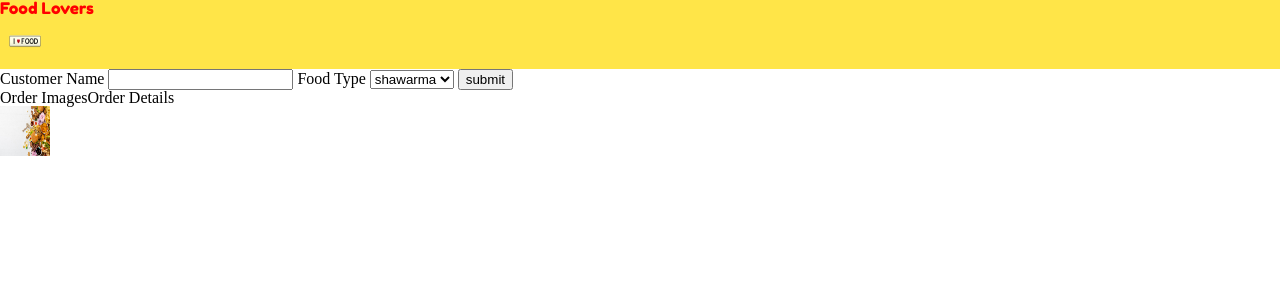
Repository: Razan-am/foodLovers
Page: index.html
An editor plug-in stored every save of this project. The page is shown before and after a run of saves, followed by the edit.
The browser window is 1280 px wide. The pictures show the whole page.

Above is the page before, as saved 2021-06-01 10:57:55.

After the next 2 saves:
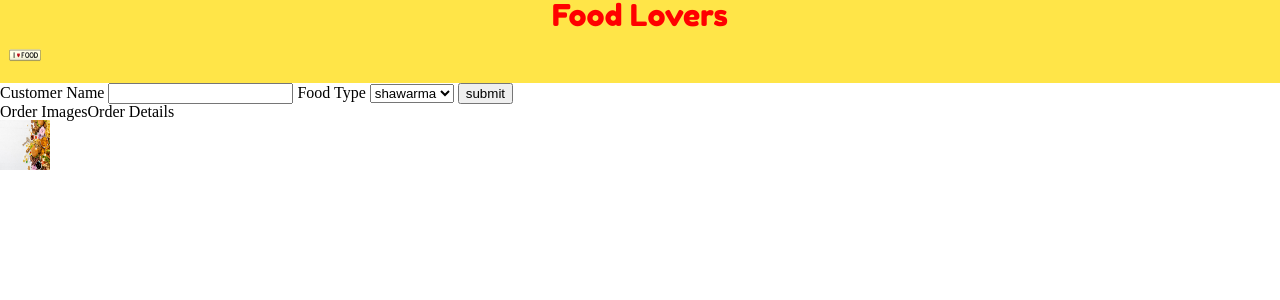
The 2 saves are shown as one change because they came seconds apart.
The last was saved 48 s later.
--- a/css/style.css
+++ b/css/style.css
@@ -4,6 +4,8 @@ header{
 h1{
     font-family: 'Fredoka One', cursive;
     color: red;
+    text-align: center;
+    font-size: 30px;
 }
 
 
